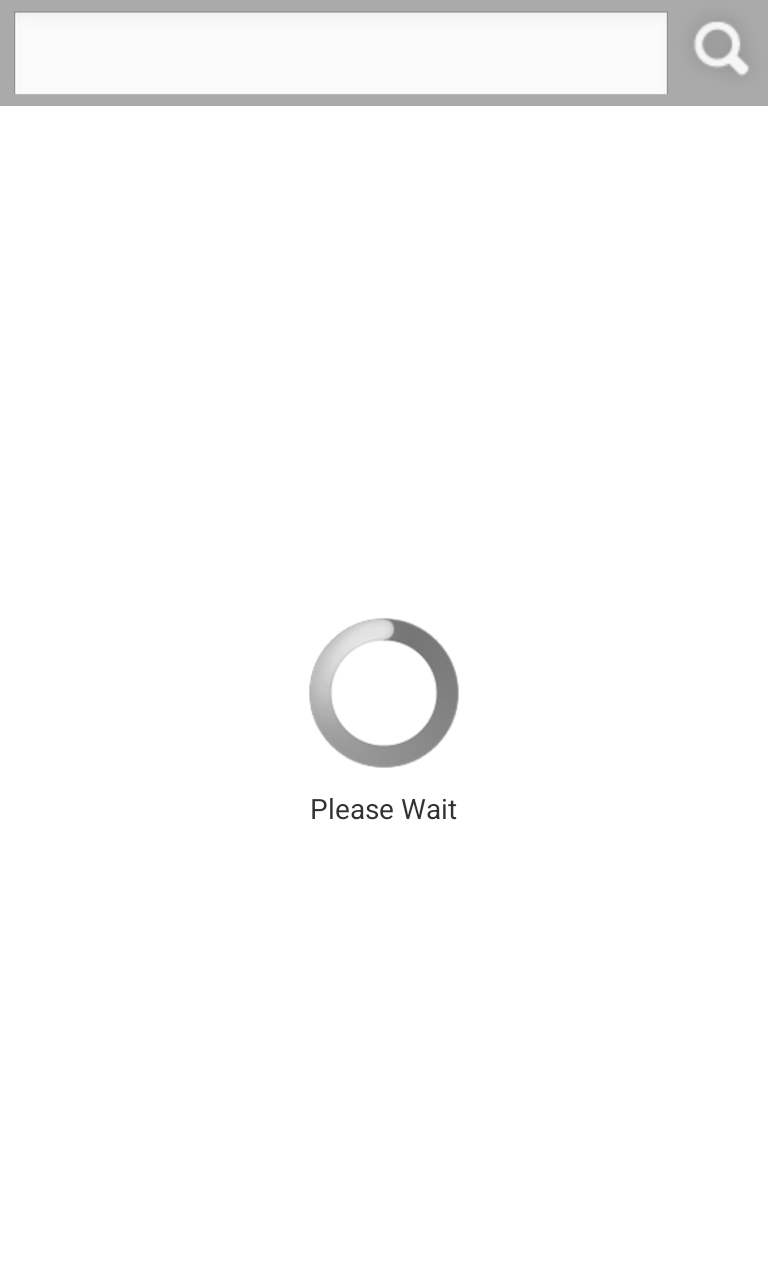
Repository: galihandy/chessboard
Layout: ArsenalIndonesia/res/layout/multiview.xml
These files come from the project's save history. The layout is drawn as it stood at one moment and after the next save; the edit follows.
It is drawn on a 768 x 1280 px phone screen (xhdpi) without system bars, with theme android:Theme.Light.NoTitleBar; the app's code is not run. Lists and similar views that code fills are empty.

Above is the layout before, as saved 2013-02-16 04:28:53.

After the next save:
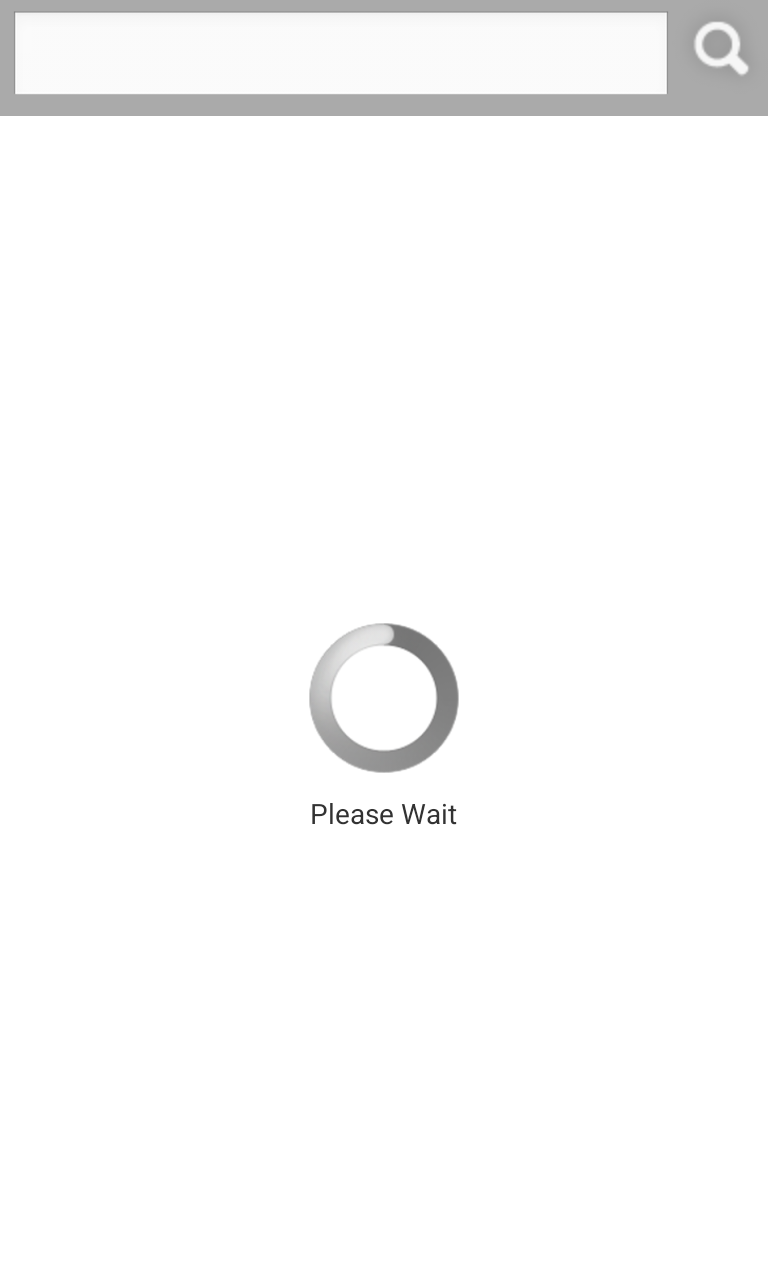
Saved 7 s later.
--- a/ArsenalIndonesia/res/layout/multiview.xml
+++ b/ArsenalIndonesia/res/layout/multiview.xml
@@ -22,7 +22,8 @@
             android:layout_width="match_parent"
             android:layout_toLeftOf="@id/search_img"
             android:layout_marginLeft="5dip"
-            android:layout_marginTop="5dip"/>
+            android:layout_marginTop="5dip"
+            android:layout_marginBottom="5dip"/>
     </RelativeLayout>
 
     <RelativeLayout
